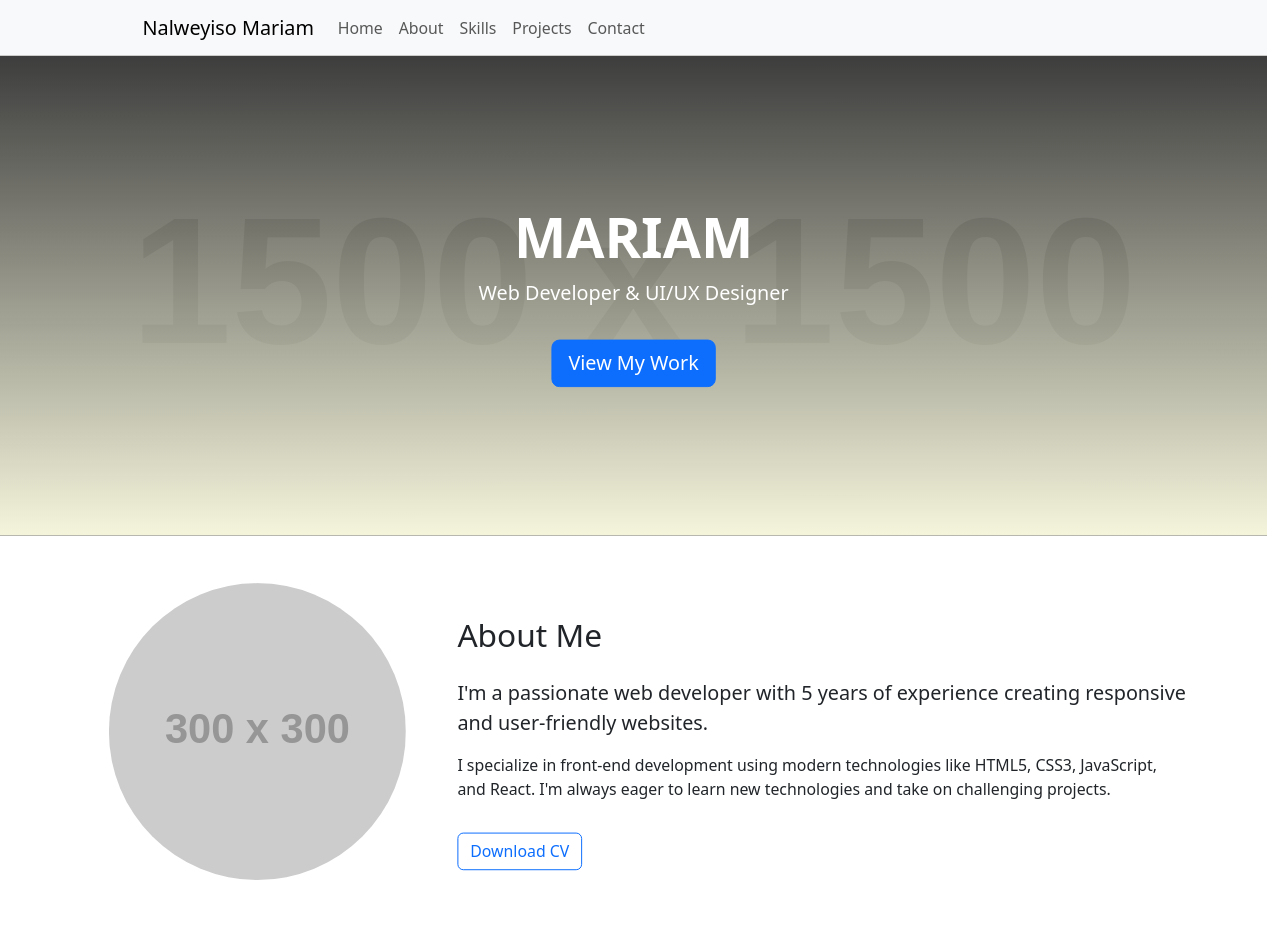
Repository: NalweMari/My-Personal-Portfolio
Page: index.html
These files come from the project's save history. The page is drawn as it stood at one moment and after the next save; the edit follows.
The browser window is 1280 px wide. The pictures show the whole page, at 99% of full size.

Above is the page before, as saved 2025-11-27 12:42:31.
Console error (its wording comes from the project's code and is left out).

### index.html
<!DOCTYPE html>
<html lang="en">

<head>
    <meta charset="UTF-8">
    <meta name="viewport" content="width=device-width, initial-scale=1.0">
    <title>My Portfolio</title>
    <link rel="stylesheet" href="style.css">
    <!-- Bootstrap CSS -->
    <link href="https://cdn.jsdelivr.net/npm/bootstrap@5.3.0/dist/css/bootstrap.min.css" rel="stylesheet">
    <!-- Font Awesome for icons -->
    <link rel="stylesheet" href="https://cdnjs.cloudflare.com/ajax/libs/font-awesome/6.4.0/css/all.min.css">

</head>

<body>
    <!-- Navigation -->

    <nav class="navbar navbar-expand-lg navbar-light bg-light pink">
        <div class="container me-2">
            <a class="navbar-brand" href="#">Nalweyiso Mariam</a> <button class="navbar-toggler" type="button" data- 6
                toggle="collapse" data-target="#navbarNav" aria-controls="navbarNav" aria-expanded="false"
                aria-label="Toggle navigation"> <span class="navbar-toggler-icon"></span> </button>
            <div class="collapse navbar-collapse" id="navbarNav">
                <ul class="navbar-nav">
                    <a class="nav-link" href="#">Home</a>
                    </li>
                    <li class="nav-item">
                        <a class="nav-link" href="#">About</a>
                    </li>
                    <li class="nav-item">
                        <a class="nav-link" href="#">Skills</a>
                    </li>
                    <li class="nav-item">
                        <a class="nav-link" href="#">Projects</a>
                    </li>
                    <li class="nav-item">
                        <a class="nav-link" href="#">Contact</a>
                    <li class="nav-item active">
                </ul>
            </div>
        </div>
    </nav>

    <!-- Hero Section -->
    <section id="home" class="hero-section text-center">
        <div class="container">
            <h1 class="display-4 fw-bold">MARIAM</h1>
            <p class="lead">Web Developer & UI/UX Designer</p>
            <a href="#projects" class="btn btn-primary btn-lg mt-3">View My Work</a>
        </div>
        <div></div>
    </section>
<section id="home" class="py-5">
        <div class="container">
            <div class="row align-items-center">
                <div class="col-md-4 text-center mb-4">
                    <img src="https://via.placeholder.com/300" alt="Profile" class="img-fluid rounded-circle">
                </div>
                <div class="col-md-8">
                    <h2 class="mb-4">About Me</h2>
                    <p class="lead">I'm a passionate web developer with 5 years of experience creating responsive and user-friendly websites.</p>
                    <p>I specialize in front-end development using modern technologies like HTML5, CSS3, JavaScript, and React. I'm always eager to learn new technologies and take on challenging projects.</p>
                    <a href="#" class="btn btn-outline-primary mt-3">Download CV</a>
                </div>
            </div>
        </div>
    <script src="https://stackpath.bootstrapcdn.com/bootstrap/4.5.2/js/bootstrap.min.js"></script>
</body>

</html>

### Style.css
.hero-section {
  background: linear-gradient(rgba(0, 0, 0, 0.7), beige),
    url("https://via.placeholder.com/1500") center/cover no-repeat;
  color: white;
  padding: 150px 0;
}
.skill-bar {
  height: 20px;
  background-color: #e9ecef;
  border-radius: 5px;
  margin-bottom: 15px;
}
.skill-progress {
  height: 100%;
  border-radius: 5px;
  background-color: #0d6efd;
}
.project-card {
  transition: transform 0.3s;
}
.project-card:hover {
  transform: translateY(-5px);
}

After the next save:
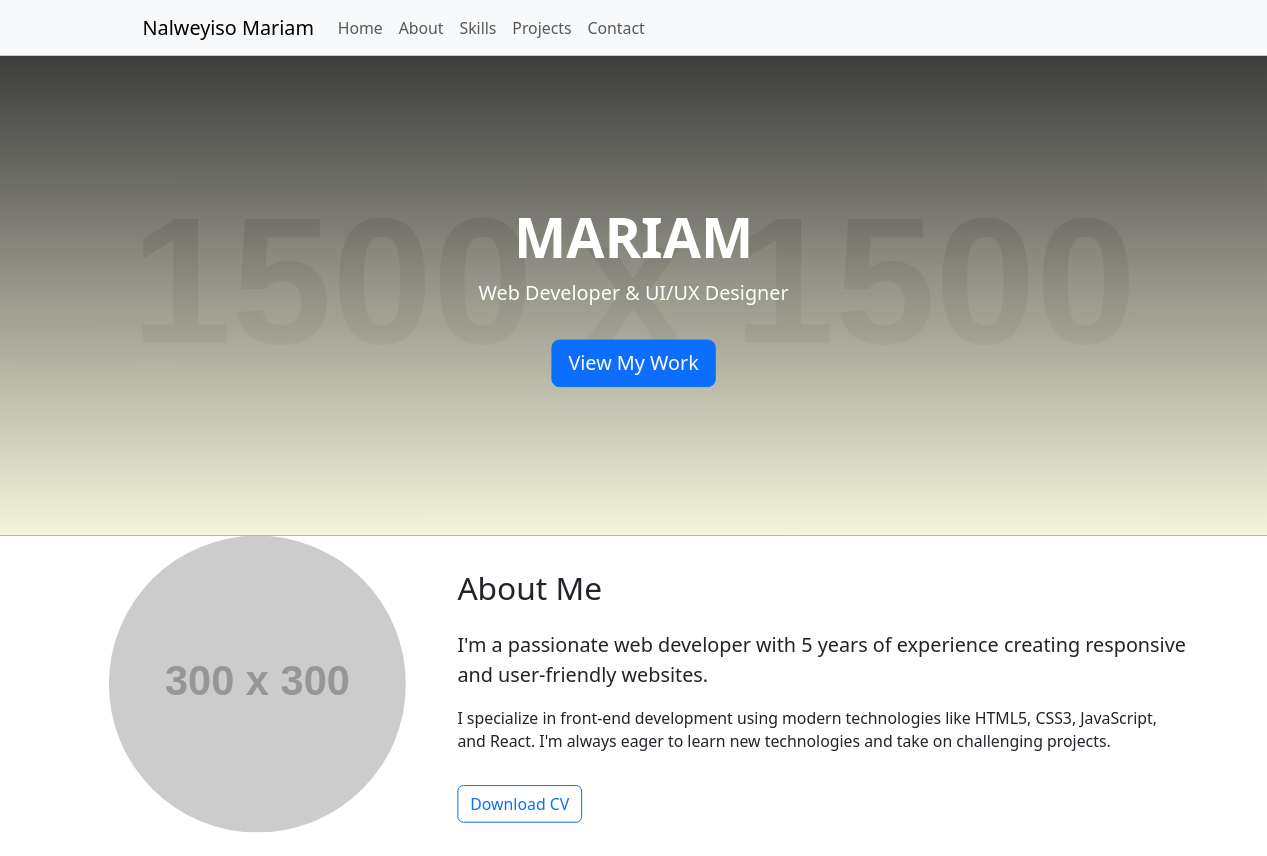
Saved 5 s later.
--- a/index.html
+++ b/index.html
@@ -51,7 +51,7 @@
         </div>
         <div></div>
     </section>
-<section id="home" class="py-5">
+<section id="home" class="">
         <div class="container">
             <div class="row align-items-center">
                 <div class="col-md-4 text-center mb-4">
